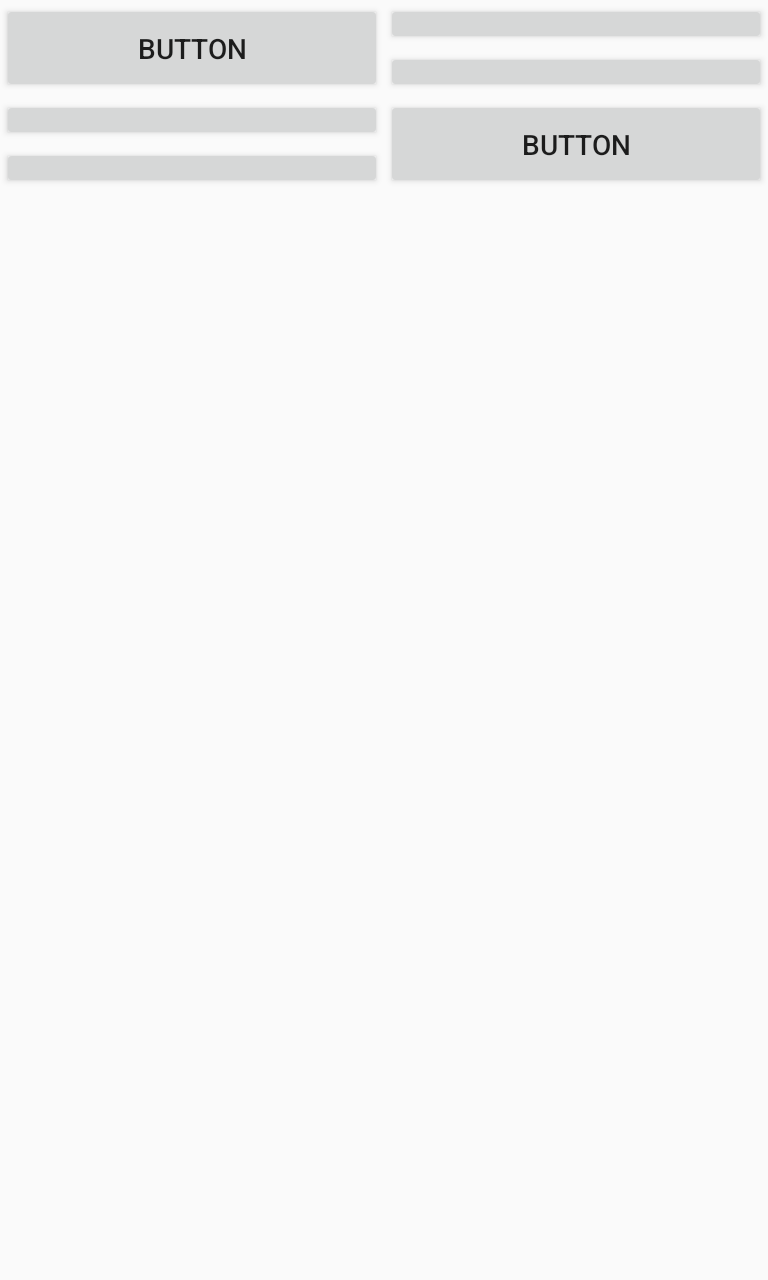
Repository: adarshnair13/my-project
Layout: example4/res/layout/activity_main.xml
These files come from the project's save history. The layout is drawn as it stood at one moment and after the next save; the edit follows.
It is drawn on a 768 x 1280 px phone screen (xhdpi) without system bars, with theme AppTheme; the app's code is not run.

Above is the layout before, as saved 2015-02-02 16:52:59.

### example4/res/layout/activity_main.xml
<LinearLayout xmlns:android="http://schemas.android.com/apk/res/android"
    xmlns:tools="http://schemas.android.com/tools"
    android:id="@+id/LinearLayout1"
    android:layout_width="match_parent"
    android:layout_height="match_parent"
    android:orientation="vertical"
    tools:context="com.adarsh.example4.MainActivity" >

    <LinearLayout
        android:layout_width="match_parent"
        android:layout_height="wrap_content"
        android:weightSum="2.0" >

        <Button
            android:id="@+id/button1"
            style="?android:attr/buttonStyleSmall"
            android:layout_width="wrap_content"
            android:layout_height="wrap_content"
            android:layout_weight="1.0"
            android:text="Button" />

        <LinearLayout
            android:layout_width="wrap_content"
            android:layout_height="match_parent"
            android:layout_weight="1.0"
            android:orientation="vertical"
            android:weightSum="2.0" >

            <Button
                android:id="@+id/button2"
                style="?android:attr/buttonStyleSmall"
                android:layout_width="match_parent"
                android:layout_height="wrap_content"
                android:layout_weight="1.0"
                android:text="Button" />

            <Button
                android:id="@+id/button3"
                style="?android:attr/buttonStyleSmall"
                android:layout_width="match_parent"
                android:layout_height="wrap_content"
                android:layout_weight="1.0"
                android:text="Button" />
        </LinearLayout>
    </LinearLayout>

    <LinearLayout
        android:layout_width="match_parent"
        android:layout_height="wrap_content"
        android:weightSum="2.0" >

        <LinearLayout
            android:layout_width="wrap_content"
            android:layout_height="match_parent"
            android:layout_weight="1.0"
            android:orientation="vertical" >

            <Button
                android:id="@+id/button4"
                style="?android:attr/buttonStyleSmall"
                android:layout_width="match_parent"
                android:layout_weight="1.0"
                android:layout_height="wrap_content"
                android:text="Button" />

            <Button
                android:id="@+id/button5"
                style="?android:attr/buttonStyleSmall"
                android:layout_width="match_parent"
                android:layout_height="wrap_content"
                android:layout_weight="1.0"
                android:text="Button" />

        </LinearLayout>

        <Button
            android:id="@+id/button6"
            style="?android:attr/buttonStyleSmall"
            android:layout_width="wrap_content"
            android:layout_height="wrap_content"
            android:layout_weight="1.0"
            android:text="Button" />

    </LinearLayout>

</LinearLayout>

Loaded but not shown: example4/res/values/styles.xml (common file); example4/res/values-v11/styles.xml (common file); example4/res/values-v14/styles.xml (common file)

After the next save:
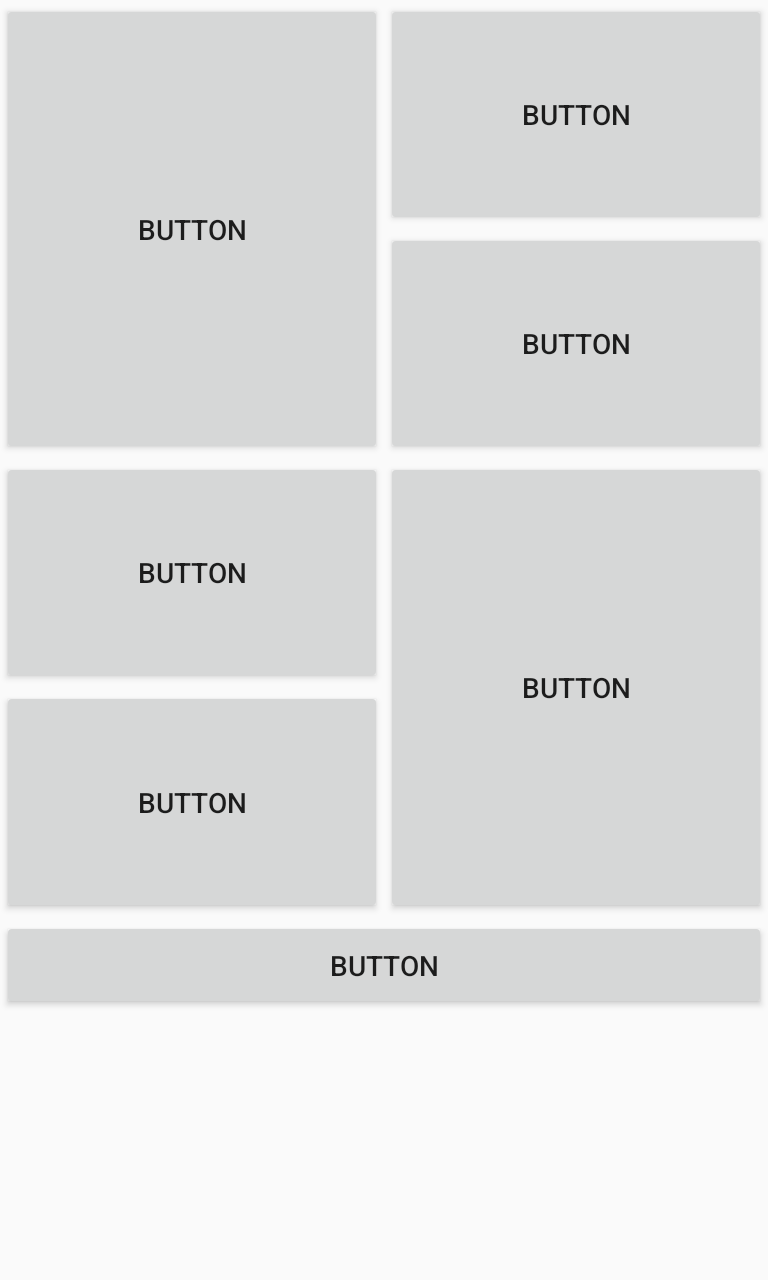
Saved 4 min 26 s later.
--- a/example4/res/layout/activity_main.xml
+++ b/example4/res/layout/activity_main.xml
@@ -3,19 +3,21 @@
     android:id="@+id/LinearLayout1"
     android:layout_width="match_parent"
     android:layout_height="match_parent"
+    android:weightSum="3.0"
     android:orientation="vertical"
     tools:context="com.adarsh.example4.MainActivity" >
 
     <LinearLayout
         android:layout_width="match_parent"
         android:layout_height="wrap_content"
+        android:layout_weight="1.0"
         android:weightSum="2.0" >
 
         <Button
             android:id="@+id/button1"
             style="?android:attr/buttonStyleSmall"
             android:layout_width="wrap_content"
-            android:layout_height="wrap_content"
+            android:layout_height="match_parent"
             android:layout_weight="1.0"
             android:text="Button" />
 
@@ -47,6 +49,7 @@
     <LinearLayout
         android:layout_width="match_parent"
         android:layout_height="wrap_content"
+        android:layout_weight="1.0"
         android:weightSum="2.0" >
 
         <LinearLayout
@@ -59,8 +62,8 @@
                 android:id="@+id/button4"
                 style="?android:attr/buttonStyleSmall"
                 android:layout_width="match_parent"
+                android:layout_height="wrap_content"
                 android:layout_weight="1.0"
-                android:layout_height="wrap_content"
                 android:text="Button" />
 
             <Button
@@ -70,17 +73,30 @@
                 android:layout_height="wrap_content"
                 android:layout_weight="1.0"
                 android:text="Button" />
-
         </LinearLayout>
 
         <Button
             android:id="@+id/button6"
             style="?android:attr/buttonStyleSmall"
             android:layout_width="wrap_content"
+            android:layout_height="match_parent"
+            android:layout_weight="1.0"
+            android:text="Button" />
+    </LinearLayout>
+
+    <LinearLayout
+        android:layout_width="match_parent"
+        android:layout_height="wrap_content"
+        android:layout_weight="1.0"
+        android:weightSum="1.0" >
+
+        <Button
+            android:id="@+id/button7"
+            style="?android:attr/buttonStyleSmall"
+            android:layout_width="wrap_content"
             android:layout_height="wrap_content"
             android:layout_weight="1.0"
             android:text="Button" />
-
     </LinearLayout>
 
 </LinearLayout>
